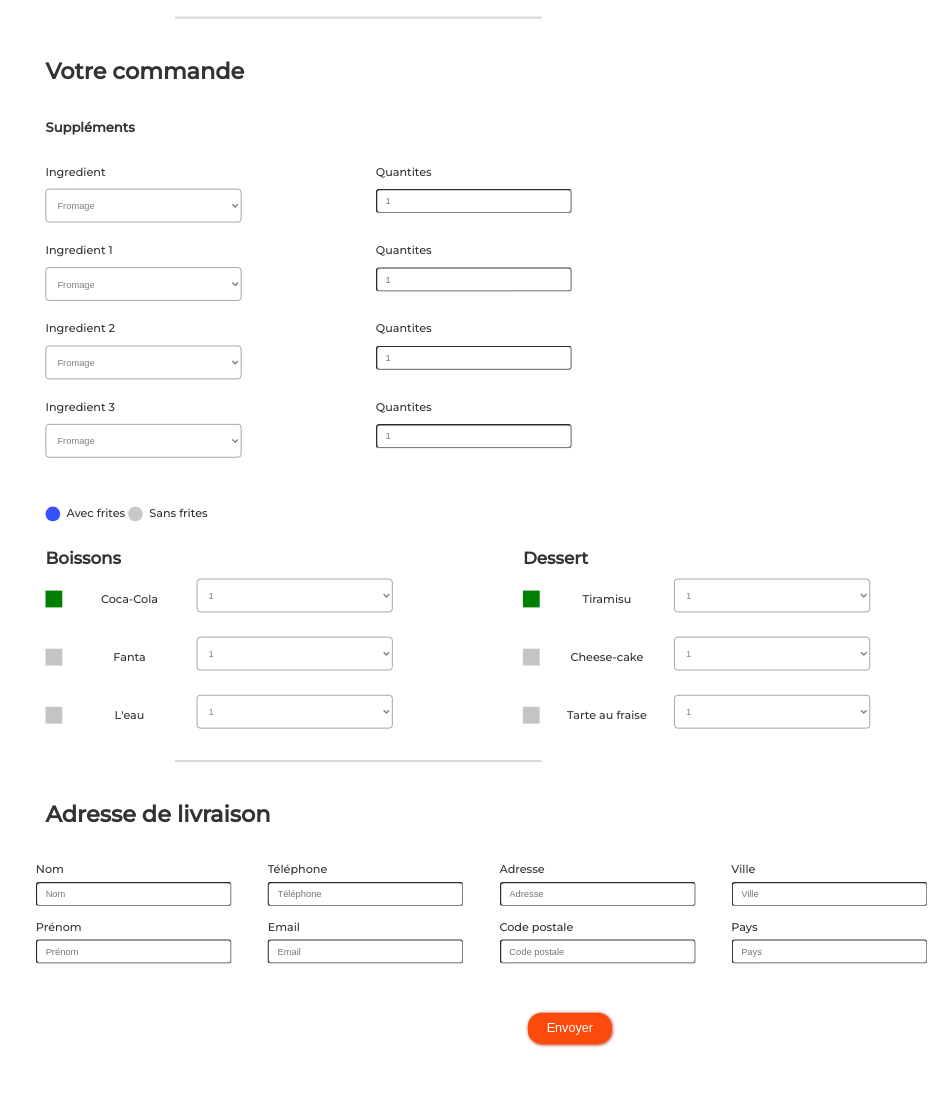
Repository: sisilass31/bella-olonje
Page: html/commande.html
These files come from the project's save history. The page is drawn as it stood at one moment and after a run of saves; the edit follows.
The browser window is 1024 px wide. The page is 1325 px wide, so the pictures cover 1325 px, including what lies to the right of the window. The pictures show the part of the page from y = 1034 to 2874 px (the page is 2596 px tall before and 2874 px after), at 70% of full size.
Some web libraries are served in a nearby version.

Above is the page before, as saved 2023-02-15 08:50:49.

After the next 2 saves:
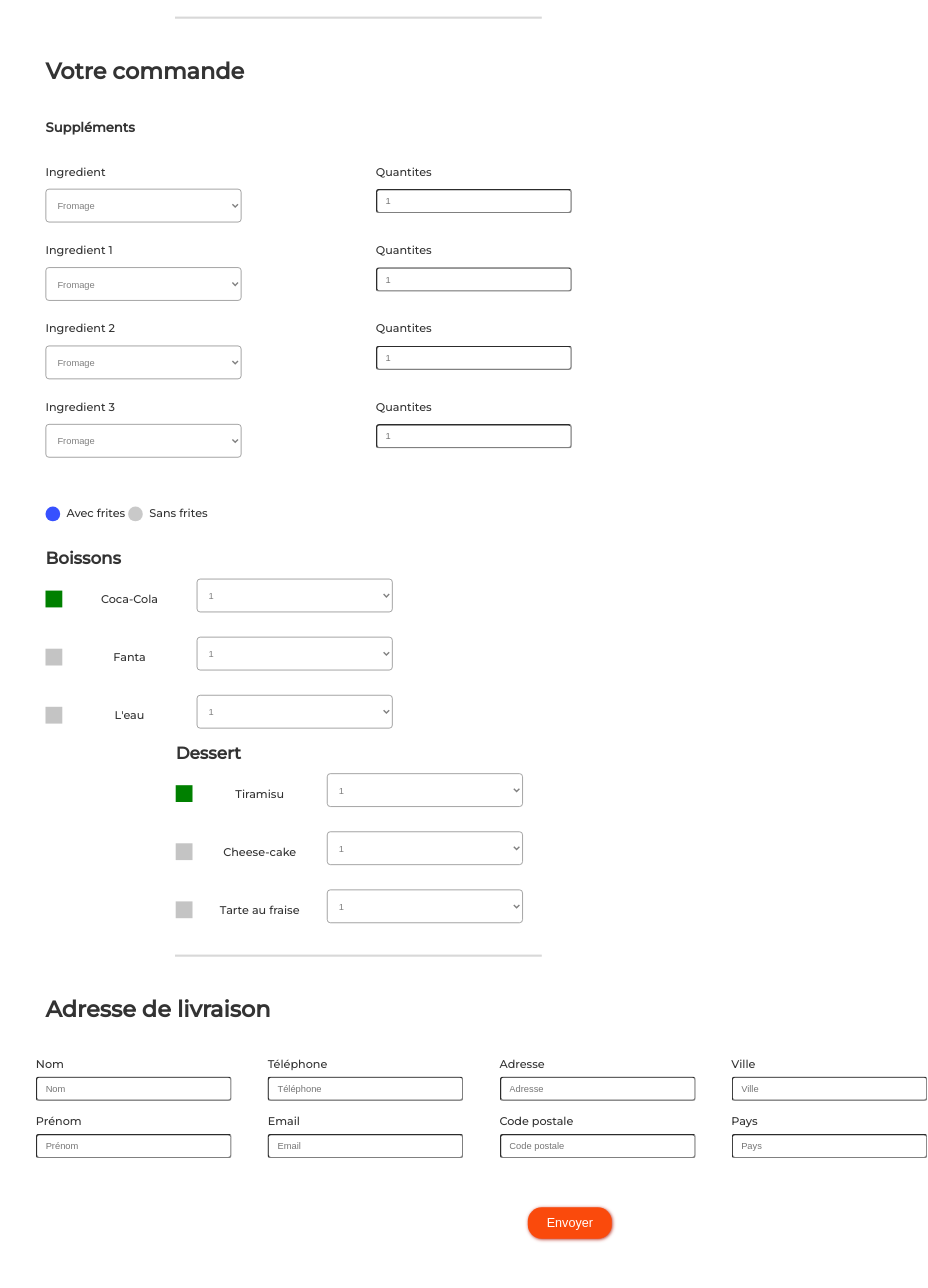
The 2 saves are shown as one change because they came seconds apart.
The last was saved 102 s later.
--- a/css/commande.css
+++ b/css/commande.css
@@ -459,6 +459,14 @@ button {
         padding: 0;
         margin-left: 5%;
     }
+
+    .content_of_dessert {
+        margin-left: 186px;
+    }
+
+    .all {
+        flex-direction: column;
+    }
 }
 
 /*responsive*/
